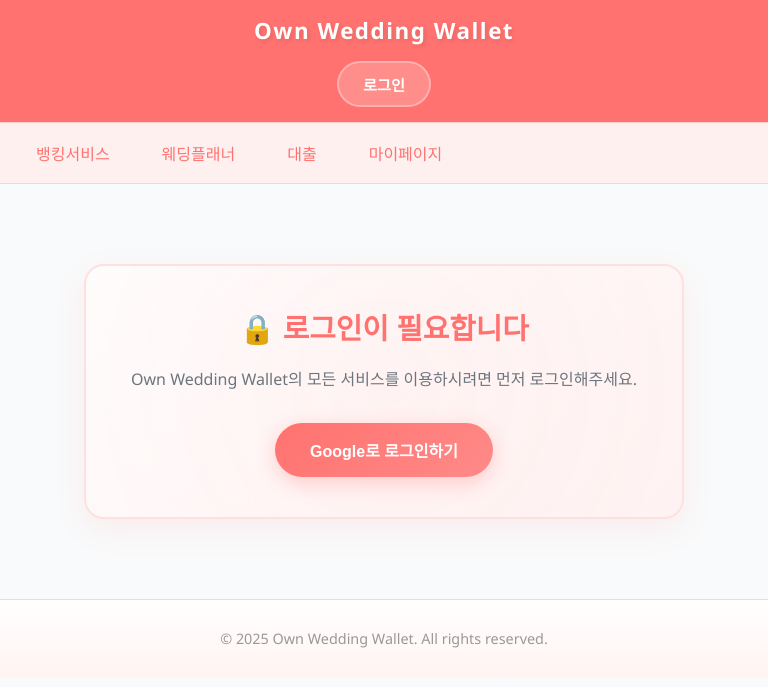
Repository: jieun1738/OWW
Page: oww_test2/oww_gateway/src/main/resources/static/index.html
The author's editor kept a copy of each file at every save. The page is drawn from the files as they stood at one save, then again after the next save.
The browser window is 768 px wide. The pictures show the whole page.

Above is the page before, as saved 2025-08-16 10:21:28.

After the next save:
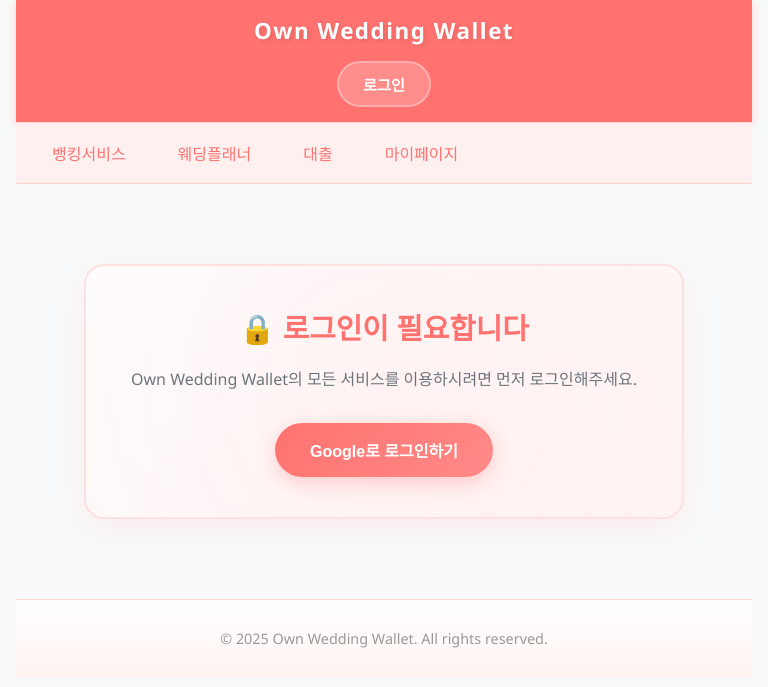
Saved 26 s later.
--- a/oww_test2/oww_gateway/src/main/resources/static/css/main.css
+++ b/oww_test2/oww_gateway/src/main/resources/static/css/main.css
@@ -487,10 +487,10 @@ footer {
 
 /* ==================== Responsive ==================== */
 @media (max-width: 768px) {
-    body {
-        padding: 0 16px;
-    }
-
+    .welcome-modal .modal-content {
+        width: 90%;
+        padding: 30px 20px;
+    }
     header, nav, footer {
         margin: 0 -16px;
     }
